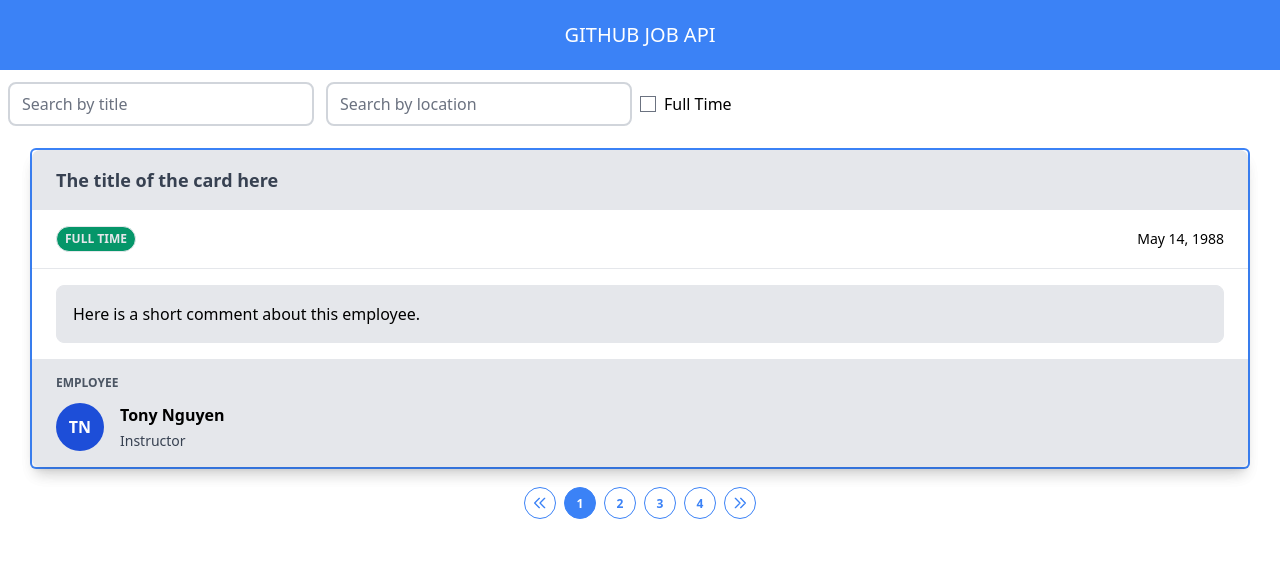
Repository: ShamroOoz/Github-job-api-React-Tailwind
Page: /
The author's editor kept a copy of each file at every save. The page is drawn from the files as they stood at one save, then again after the next save.
The browser window is 1280 px wide. The pictures show the whole page.
The page's requests for data from a server got no answer. The project was rebuilt for these pictures with package versions that can differ from the ones it lists, and the page was loaded fresh each time. No one was signed in, and anything a server would have sent is missing. Also part of the build but not shown: craco.config.js, src/components/Spinner.js, src/components/Alert.js.

Above is the page before, as saved 2021-03-21 18:11:41.

After the next save:
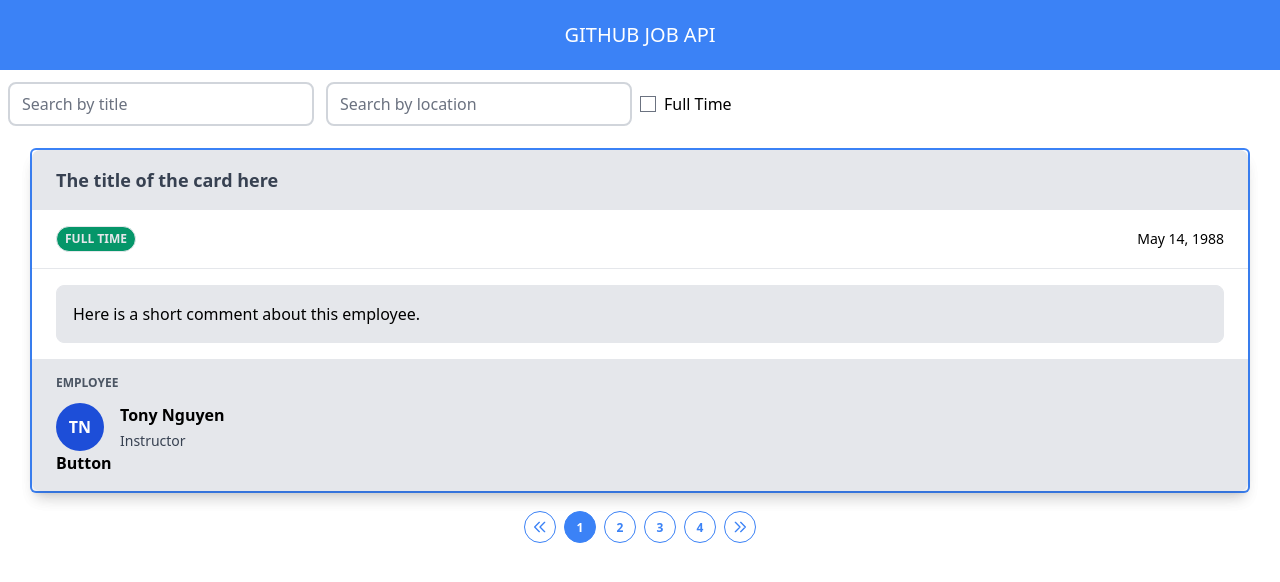
Saved 34 s later.
--- a/src/components/Reducer/Job.js
+++ b/src/components/Reducer/Job.js
@@ -35,6 +35,7 @@
               <p className="text-sm text-gray-700 mt-1">Instructor</p>
             </div>
           </div>
+          <p className="font-bold">Button</p>
         </div>
       </div>
     </div>

After the save that followed:
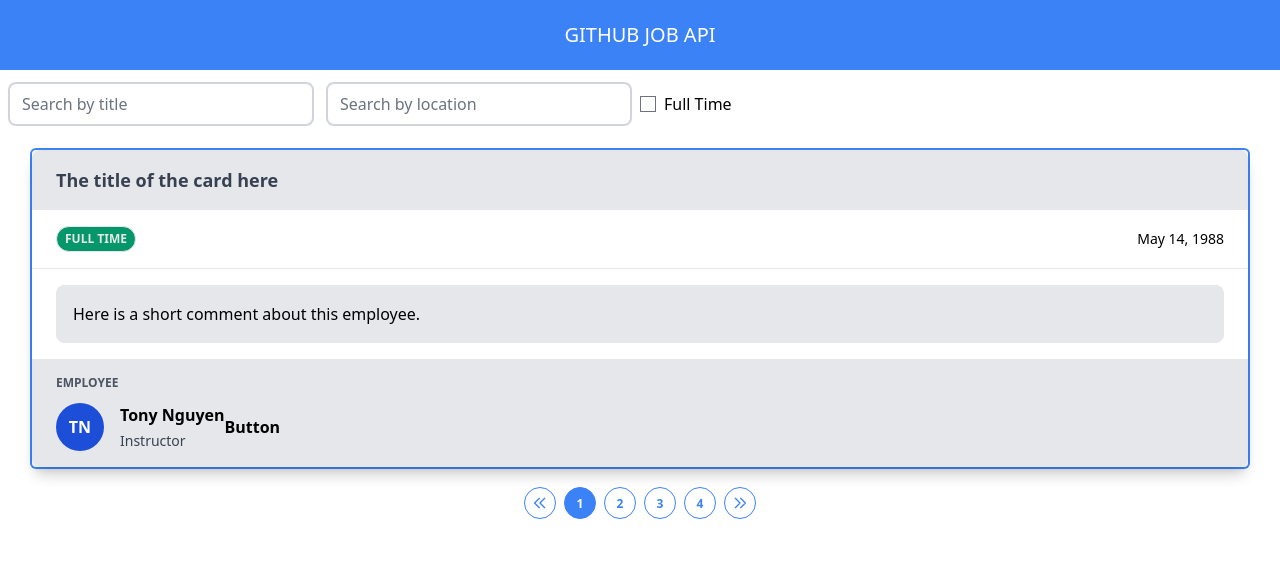
Saved 26 s later.
--- a/src/components/Reducer/Job.js
+++ b/src/components/Reducer/Job.js
@@ -34,8 +34,8 @@
               <p className="font-bold">Tony Nguyen</p>
               <p className="text-sm text-gray-700 mt-1">Instructor</p>
             </div>
+            <p className="font-bold">Button</p>
           </div>
-          <p className="font-bold">Button</p>
         </div>
       </div>
     </div>
